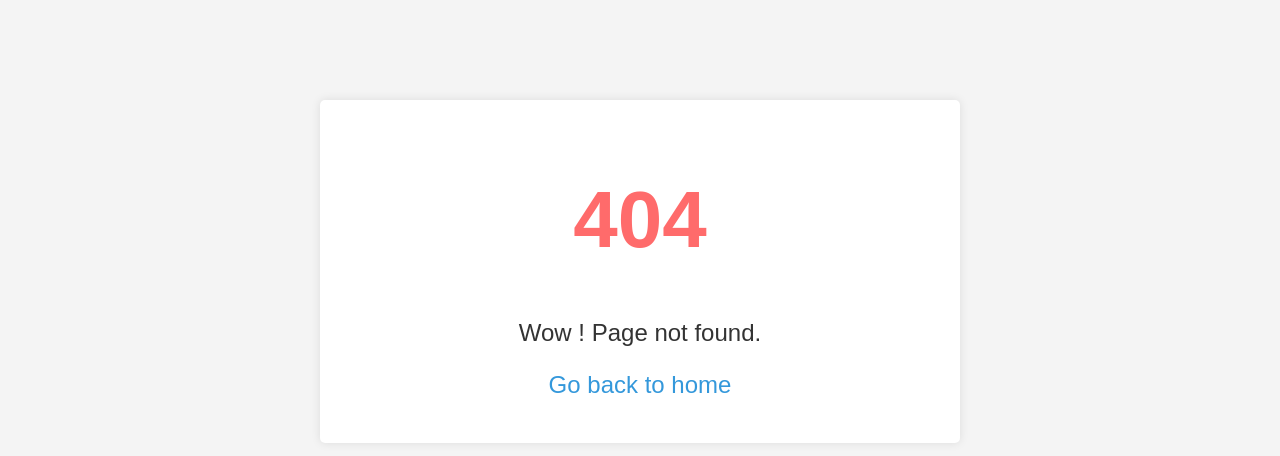
Repository: Mingkiiiii/JSP
Page: http://localhost/bbs/error/null.jsp
An editor plug-in stored every save of this project. The page is shown before and after the next save, followed by the edit.
The browser window is 1280 px wide. The pictures show the whole page.
The page is served by Tomcat 9.

Above is the page before, as saved 2024-02-28 00:35:23.

After the next save:
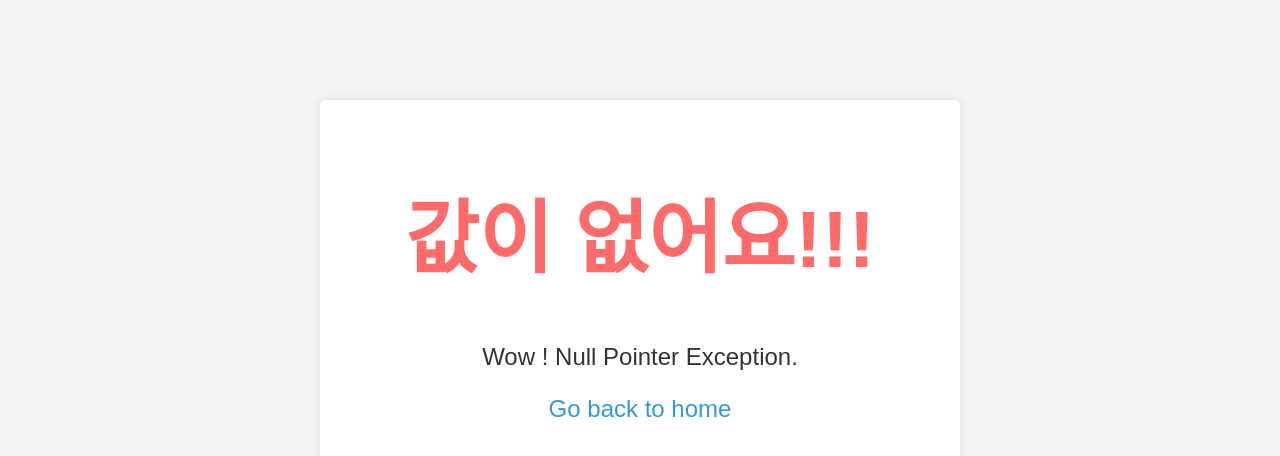
Saved 48 s later.
--- a/bbs/src/main/webapp/error/null.jsp
+++ b/bbs/src/main/webapp/error/null.jsp
@@ -9,8 +9,8 @@
 </head>
 <body>
 	<div class="container">
-		<h1>404</h1>
-		<p>Wow ! Page not found.</p>
+		<h1>값이 없어요!!!</h1>
+		<p>Wow ! Null Pointer Exception.</p>
 		<p><a href="index.jsp">Go back to home</a></p>
 	</div>
 </body>
